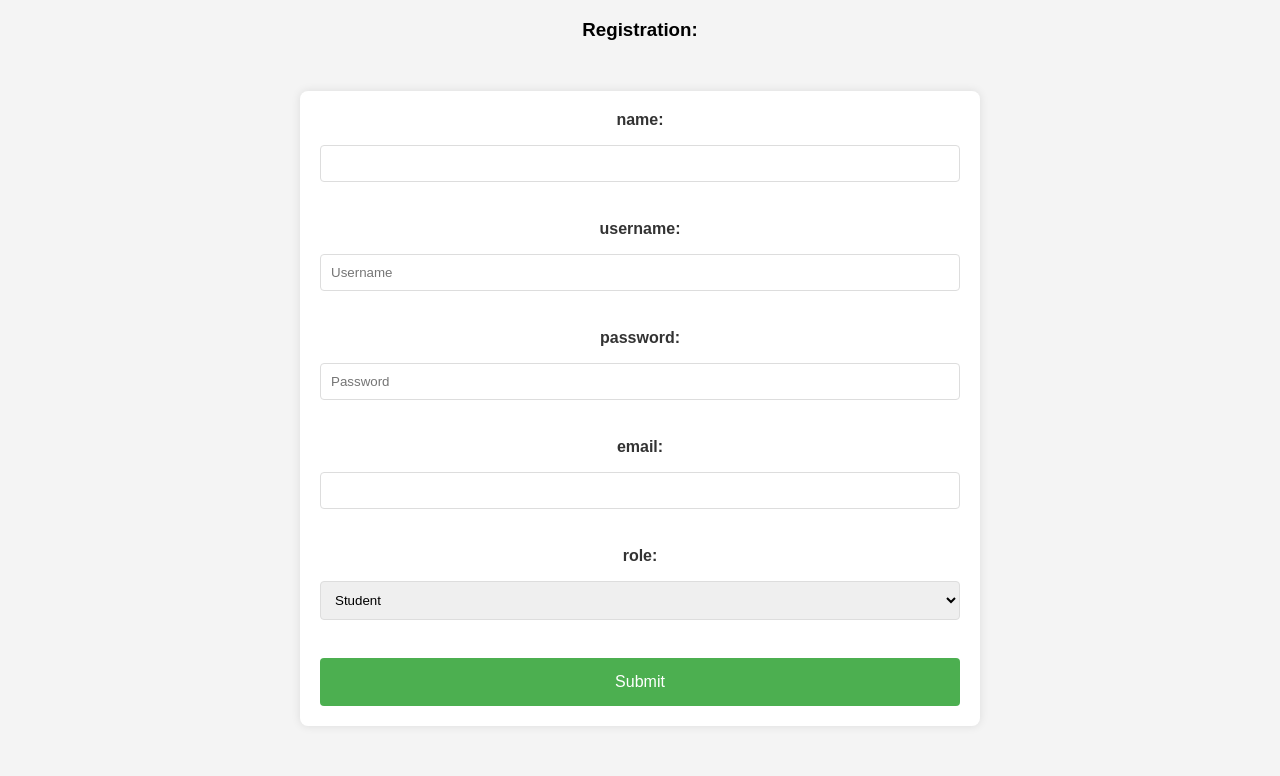
Repository: kkale14/My_allpr
Page: Kalyani1/src/main/webapp/Reg.html
An editor plug-in stored every save of this project. The page is shown before and after the next save, followed by the edit.
The browser window is 1280 px wide. The pictures show the whole page.

Above is the page before, as saved 2025-03-05 09:59:52.

### Kalyani1/src/main/webapp/Reg.html
<!DOCTYPE html>
<html>
<head>
<meta charset="UTF-8">
<title>Registration Page</title>
</head>
<body>

<style>



/* General body styling */
body {
    font-family: Arial, sans-serif;
    background-color: #f4f4f4;
    margin: 0;
    padding: 0;
}

/* Container for the form to center it and give it some padding */
form {
    width: 50%;
    margin: 50px auto;
    padding: 20px;
    background-color: #fff;
    border-radius: 8px;
    box-shadow: 0 0 10px rgba(0, 0, 0, 0.1);
}

/* Style for the labels */
label {
    display: block;
    margin-bottom: 8px;
    font-weight: bold;
    color: #333;
}

/* Style for the inputs */
input[type="text"],
input[type="password"],
input[type="email"],
select {
    width: 100%;
    padding: 10px;
    margin: 8px 0 20px;
    border: 1px solid #ddd;
    border-radius: 4px;
    box-sizing: border-box;
}

/* Submit button styling */
input[type="submit"] {
    background-color: #4CAF50;
    color: white;
    border: none;
    padding: 15px 20px;
    border-radius: 4px;
    cursor: pointer;
    font-size: 16px;
    width: 100%;
}

input[type="submit"]:hover {
    background-color: #45a049;
}

/* Link styling (for example, error.html) */
a {
    color: #4CAF50;
    text-decoration: none;
    font-size: 14px;
}

a:hover {
    text-decoration: underline;
}

/* Adding some responsiveness for mobile view */
@media screen and (max-width: 600px) {
    form {
        width: 90%;
    }

    input[type="submit"] {
        width: 100%;
    }
}

</style>
<div  align="center">
<h3>Registration:</h3>
<form action="Srvlt" method="service">
            <!-- Personal Information Section -->


            <input type="hidden"  name="activity" value="register">
            <label >name:</label>
            <input type="text"  name="name" required>&nbsp;


            <label for="username">username:</label>
             <input type="text" name="username"  placeholder="Username" required>&nbsp;


             <label for="password">password:</label>
            <input type="password"  name="password"  placeholder="Password" required>&nbsp;


            <label for="email">email:</label>
            <input type="email"  name="email" required>&nbsp;

             <label for="role">role:</label>
             <select  name="role" >
                    <option value="STUDENT">Student</option>
                    <option value="ADMIN">Admin</option>
                </select>&nbsp;

            <!-- Submit Button -->
            <input type="submit" value="Submit"/>
             <a    href="error.html" ></a>


        </form>
</div>

</body>
</html>

After the next save:
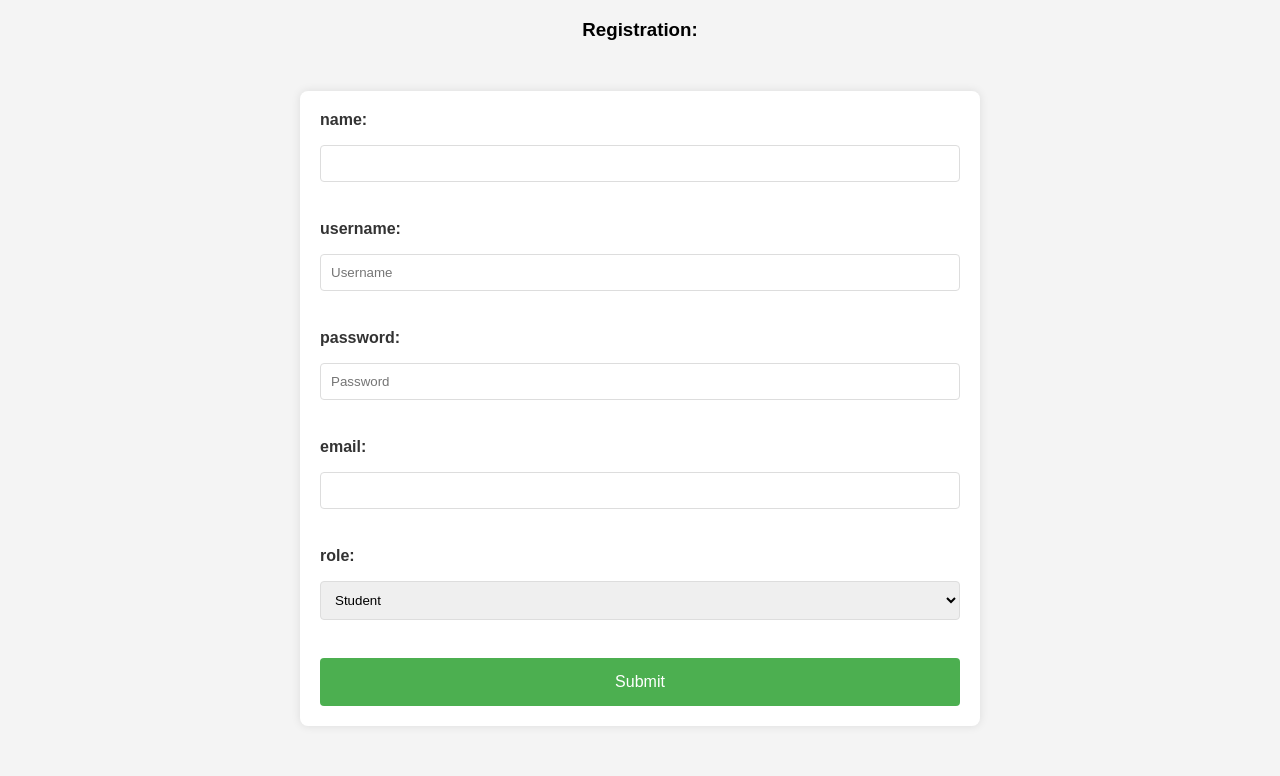
Saved 35 s later.
--- a/Kalyani1/src/main/webapp/Reg.html
+++ b/Kalyani1/src/main/webapp/Reg.html
@@ -89,7 +89,7 @@
 
 </style>
 <div  align="center">
-<h3>Registration:</h3>
+<h3>Registration:</h3></div>
 <form action="Srvlt" method="service">
             <!-- Personal Information Section -->
 
@@ -122,7 +122,7 @@
 
 
         </form>
-</div>
+
 
 </body>
 </html>
